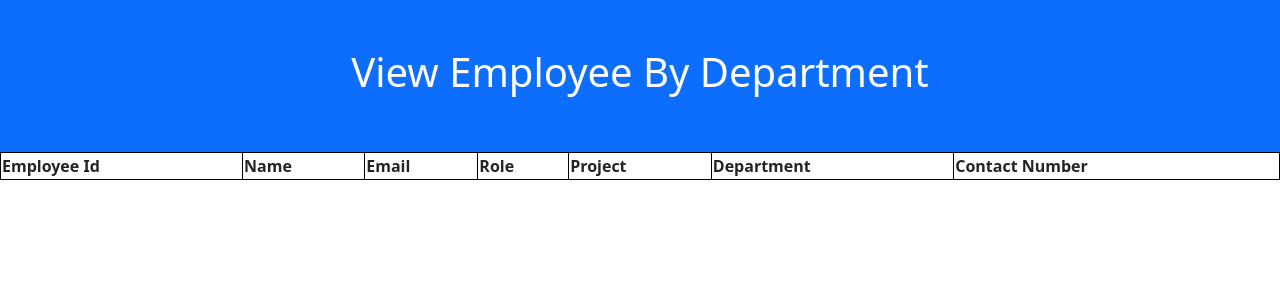
Repository: Rishicollinz/Java_Fullstack
Page: http://localhost/jspproject/delete/delete.jsp
The author's editor kept a copy of each file at every save. The page is drawn from the files as they stood at one save, then again after the next save.
The browser window is 1280 px wide. The pictures show the whole page.
The page is served by Tomcat 9. Queries for data that is not in the repository find no rows.

Above is the page before, as saved 2023-05-18 17:55:17.

After the next save:
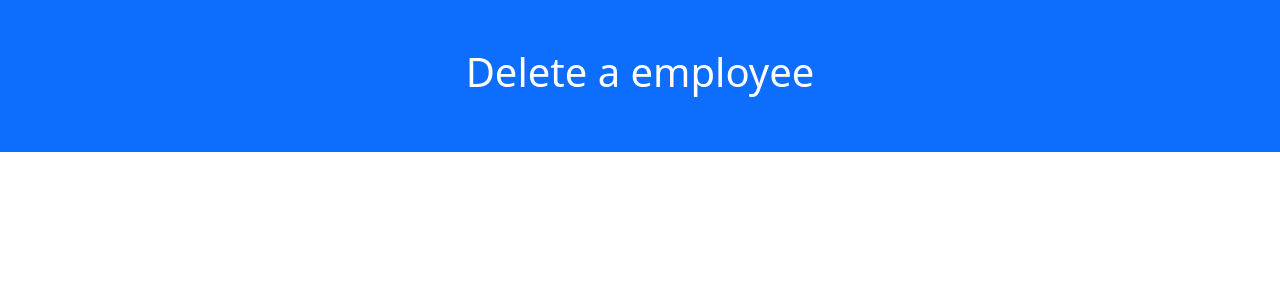
Saved 35 s later.
--- a/Eclipse 2/jspproject/src/main/webapp/delete/delete.jsp
+++ b/Eclipse 2/jspproject/src/main/webapp/delete/delete.jsp
@@ -9,30 +9,16 @@
 <link href="https://cdn.jsdelivr.net/npm/bootstrap@5.2.3/dist/css/bootstrap.min.css" rel="stylesheet">
 <script src="https://cdn.jsdelivr.net/npm/bootstrap@5.2.3/dist/js/bootstrap.bundle.min.js"></script>
 
-<style>
-table, th, td {
-  border:1px solid black;
-}
-</style>
 </head>
 
 <body>
 
 <div class="container-fluid p-5 bg-primary text-white text-center">
-  <h1>View Employee By Department</h1>
+  <h1>Delete a employee</h1>
 </div>
 <%@ page import="java.sql.*" %>
 <%@ page import="javax.sql.*" %>
-<table style="width:100%">
-  <tr>
-    <th>Employee Id</th>
-    <th>Name</th>
-    <th>Email</th>
-    <th>Role</th>
-    <th>Project</th>
-    <th>Department</th>
-    <th>Contact Number</th>
-   <tr>
+
 <%
 String dept=request.getParameter("deptName");
 
